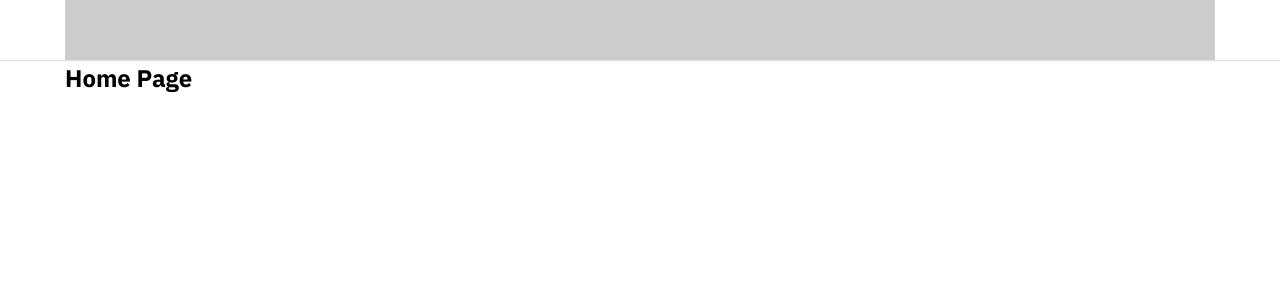
Repository: khuong30082000/tiktok-ui
Page: /
These files come from the project's save history. The page is drawn as it stood at one moment and after the next save; the edit follows.
The browser window is 1280 px wide. The pictures show the whole page.
The project was rebuilt for these pictures with package versions that can differ from the ones it lists, and the page was loaded fresh each time. Also part of the build but not shown: src/components/Layout/DefaultLayout/Sidebar/Sidebar.module.scss, src/components/Layout/HeaderOnly/index.js, src/pages/Following/index.js, src/pages/Profile/index.js, src/pages/Upload/index.js.

Above is the page before, as saved 2022-06-13 13:37:46.

After the next save:
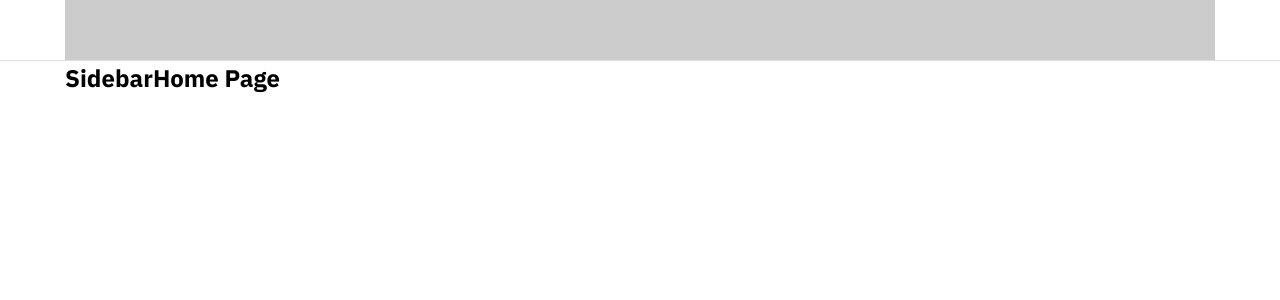
Saved 17 s later.
--- a/src/components/Layout/DefaultLayout/Sidebar/index.js
+++ b/src/components/Layout/DefaultLayout/Sidebar/index.js
@@ -3,7 +3,11 @@
 
 const cx = classNames.bind(styles);
 function Sidebar() {
-  return <aside className={cx('wrapper')}></aside>;
+  return (
+    <aside className={cx('wrapper')}>
+      <h2>Sidebar </h2>
+    </aside>
+  );
 }
 
 export default Sidebar;
